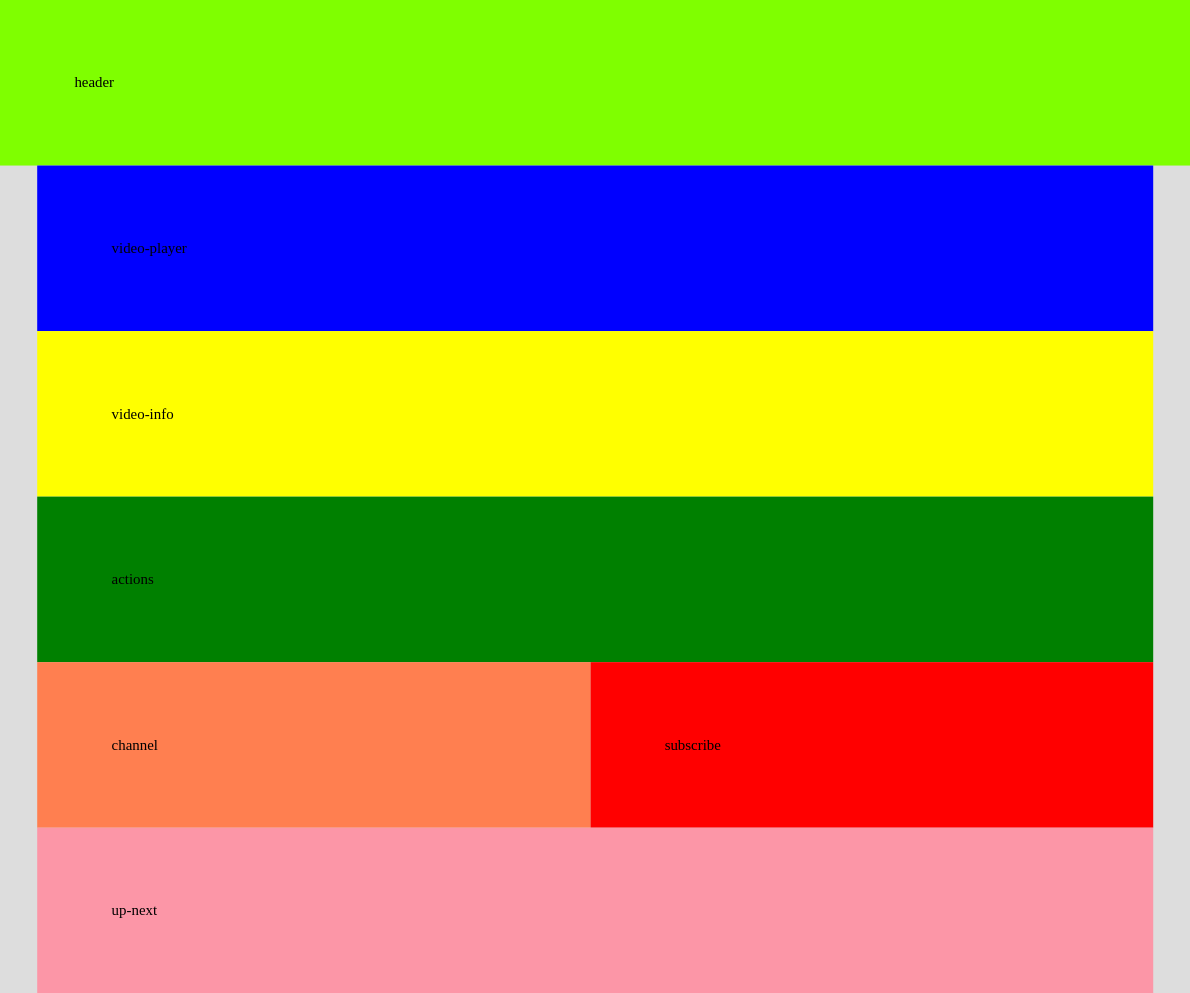
Repository: rafavirginio/clone-do-youtube
Page: index.html
These files come from the project's save history. The page is drawn as it stood at one moment and after the next save; the edit follows.
The browser window is 1280 px wide. The pictures show the whole page, at 93% of full size.

Above is the page before, as saved 2020-09-28 18:16:07.

### index.html
<!DOCTYPE html>
<html lang="pt">

<head>
    <meta charset="UTF-8">
    <meta name="viewport" content="width=device-width, initial-scale=1.0">
    <title>Youtube</title>
    <link rel="stylesheet" href="style.css">
</head>

<body>
    <header>header</header>
    <main>
        <section class="video-player">video-player</section>
        <section class="video-info">video-info</section>
        <section class="actions">actions</section>
        <section class="channel">channel</section>
        <section class="subscribe">subscribe</section>
        <section class="ad"></section>
        <section class="up-next">up-next</section>
    </main>


</body>

</html>

### style.css
/* Reset CSS */

* {
    margin: 0;
    paddinh: 0;
    box-sizing: border-box;
}

body {
    background-color: #ddd;
}

header {
    background-color: chartreuse;
}

header,
section {
    padding: 5rem;
}

main {
    max-width: 1200px;
    margin: auto;
    display: grid;
    /* grid-gap: 1rem; */
    grid-template-areas: "video-player video-player" "video-info video-info" "actions actions" "channel subscribe" "up-next up-next";
}

.video-player {
    background-color: blue;
    grid-area: video-player;
}

.video-info {
    background-color: yellow;
    grid-area: video-info;
}

.actions {
    background-color: green;
    grid-area: actions;
}

.channel {
    background-color: coral;
    grid-area: channel;
}

.subscribe {
    background-color: red;
    grid-area: subscribe;
}

.ad {
    background-color: black;
    grid-area: ad;
    display: none;
}

.up-next {
    background-color: rgb(252, 150, 167);
    grid-area: up-next;
}

After the next save:
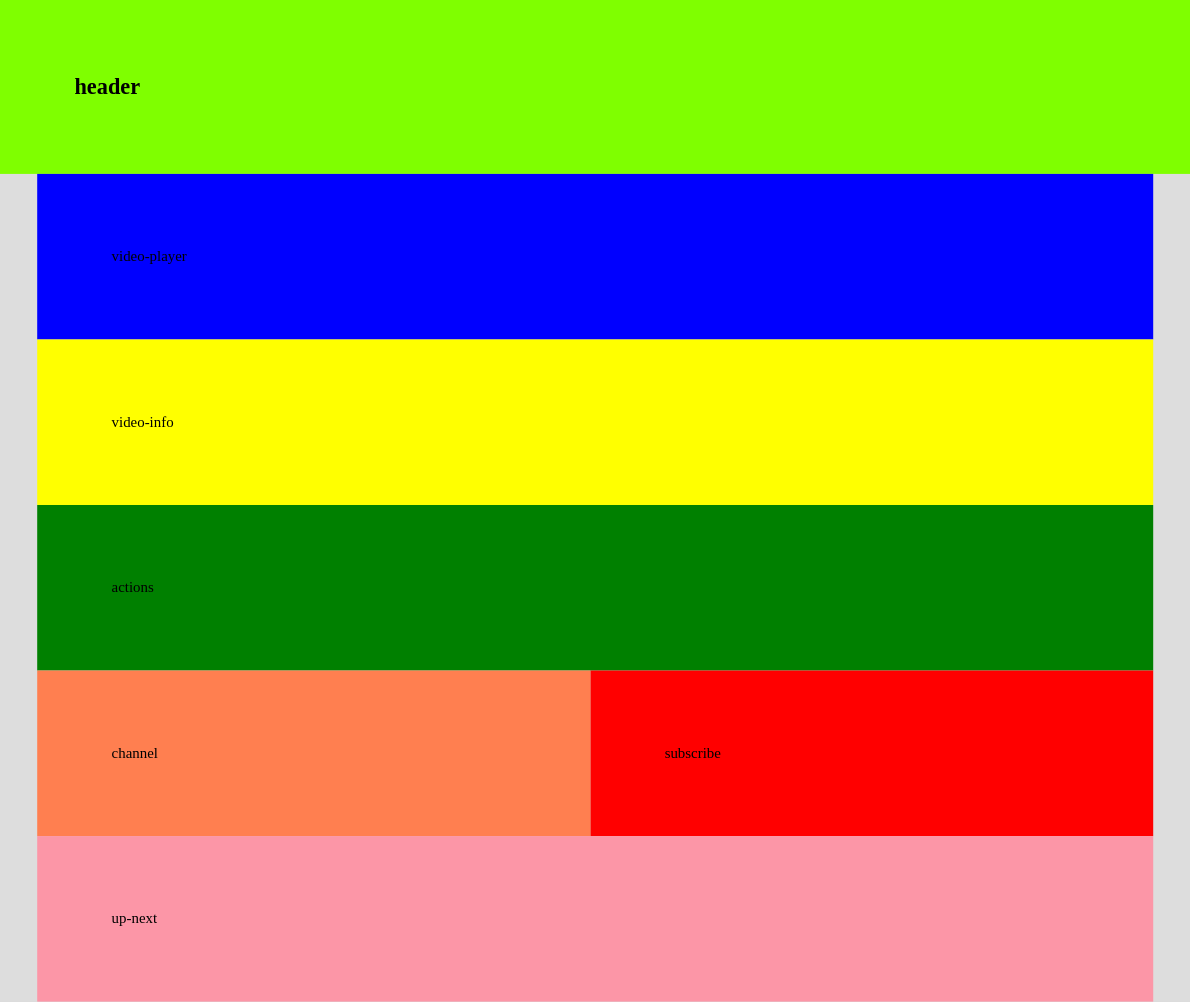
Saved 14 s later.
--- a/index.html
+++ b/index.html
@@ -9,7 +9,10 @@
 </head>
 
 <body>
-    <header>header</header>
+    <header>
+        <h2>header
+            <h2>
+    </header>
     <main>
         <section class="video-player">video-player</section>
         <section class="video-info">video-info</section>

After the save that followed:
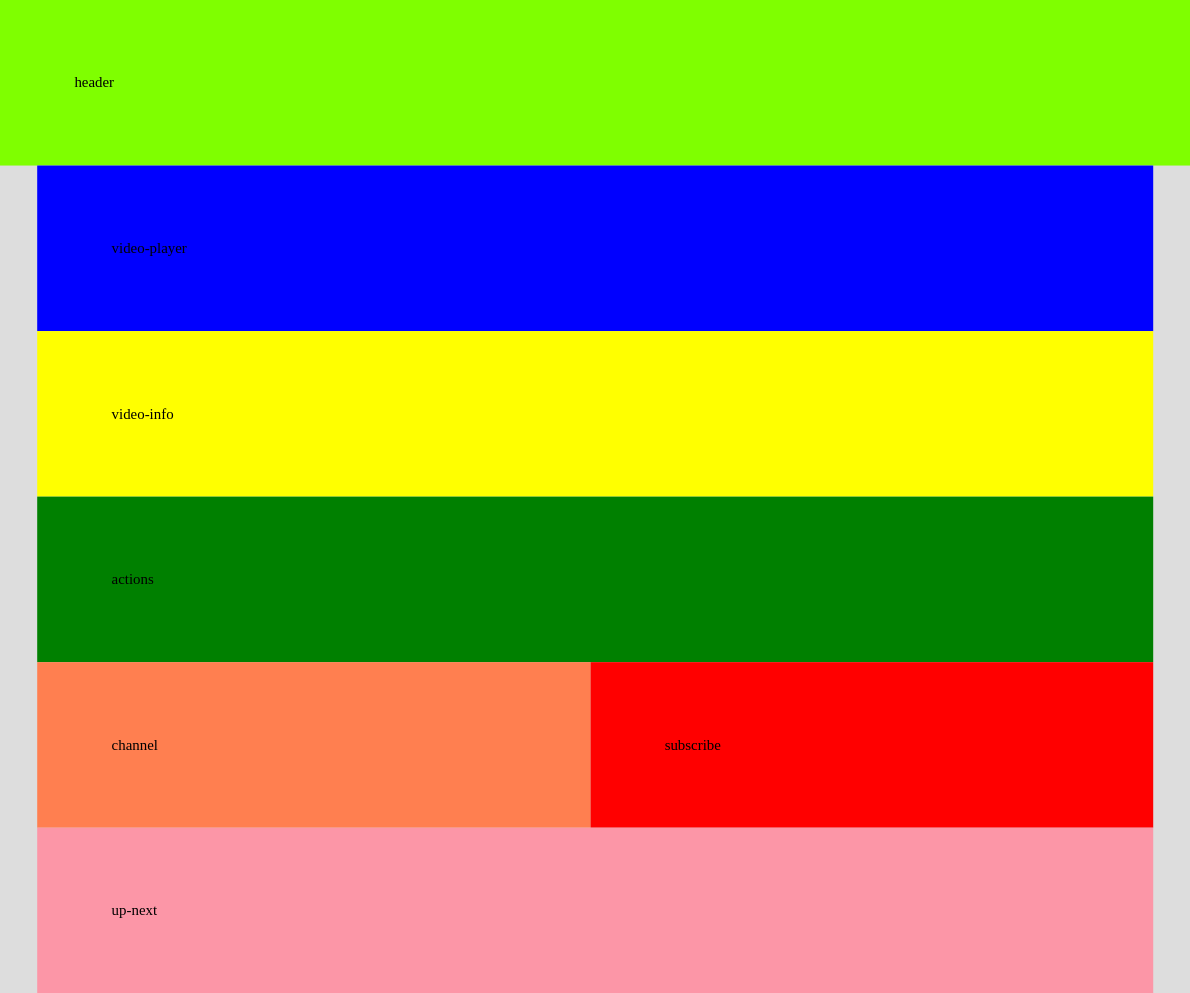
Saved 7 s later.
--- a/index.html
+++ b/index.html
@@ -9,10 +9,7 @@
 </head>
 
 <body>
-    <header>
-        <h2>header
-            <h2>
-    </header>
+    <header>header</header>
     <main>
         <section class="video-player">video-player</section>
         <section class="video-info">video-info</section>
